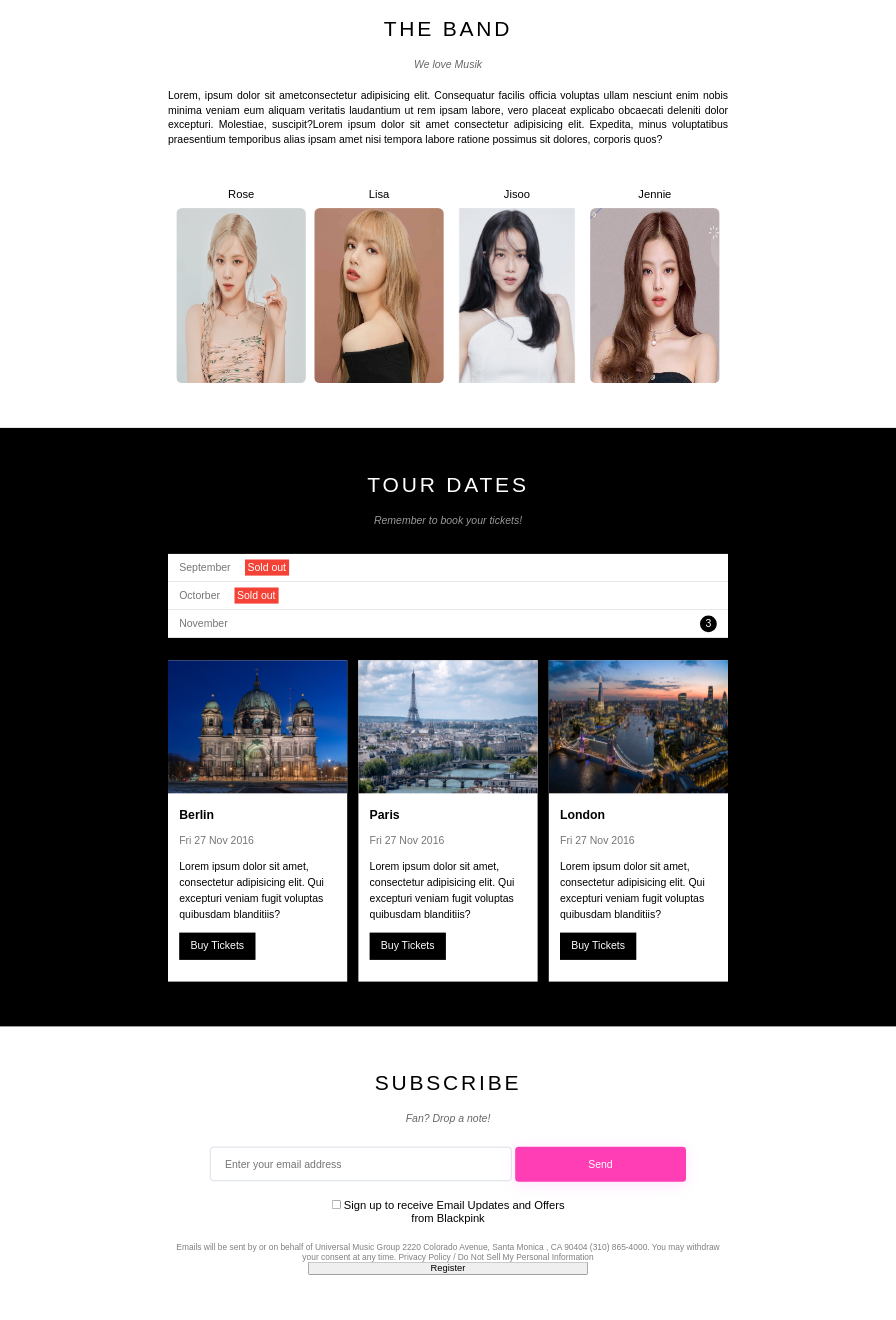
Repository: AiTrinh303/First-Project
Page: /
These files come from the project's save history. The page is drawn as it stood at one moment and after the next save; the edit follows.
The browser window is 1280 px wide. The pictures show the part of the page from y = 726 to 2646 px (the page is 2611 px tall before and 2646 px after), at 70% of full size.
The project was rebuilt for these pictures with package versions that can differ from the ones it lists, and the page was loaded fresh each time.

Above is the page before, as saved 2024-01-23 10:25:40.

After the next save:
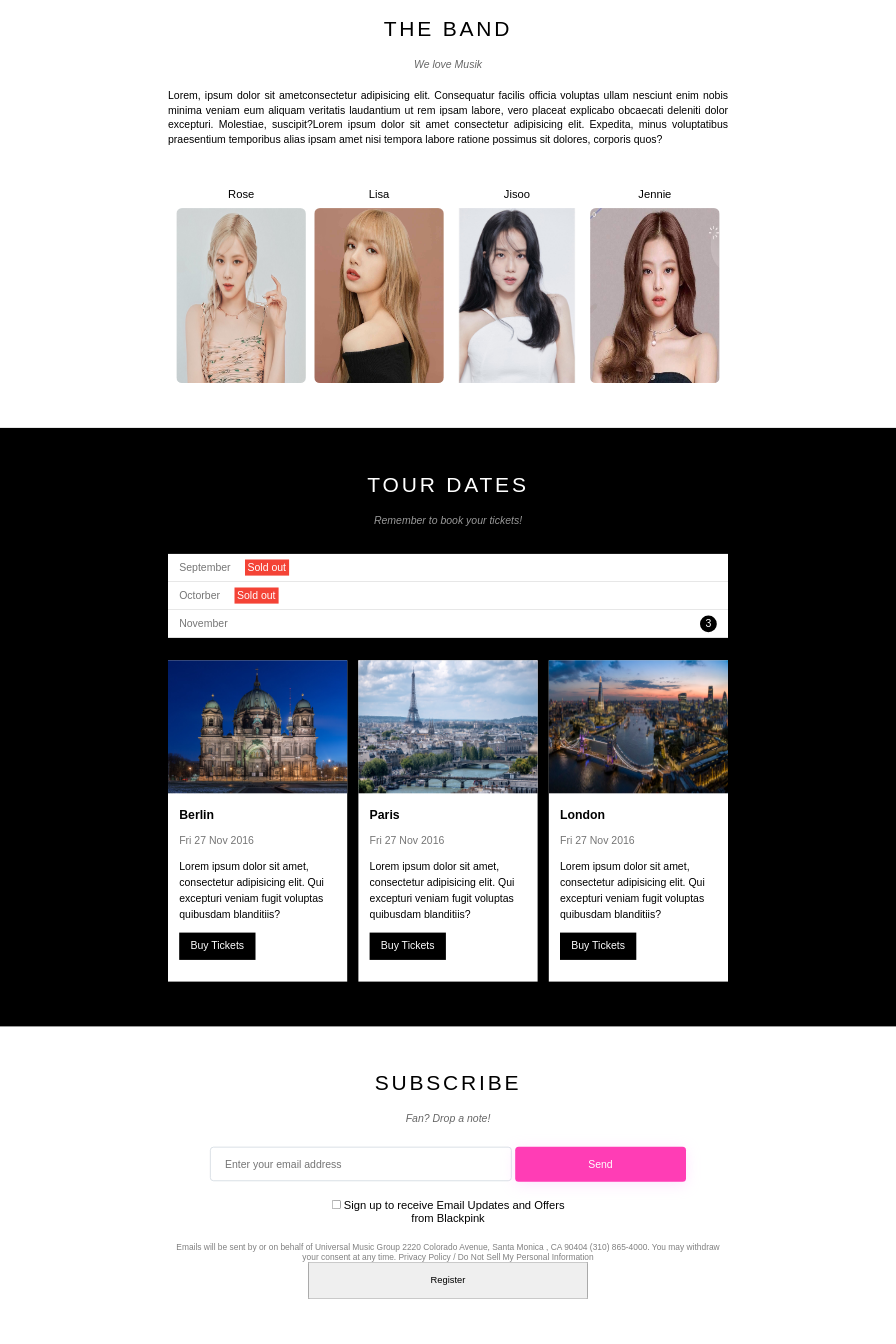
Saved 11 s later.
--- a/src/styles/main.css
+++ b/src/styles/main.css
@@ -322,7 +322,7 @@ width: 345px;
 
 .form-btn{
   width: 400px;
-  line-height: ;
+  line-height: 50px;
 }
 
 
